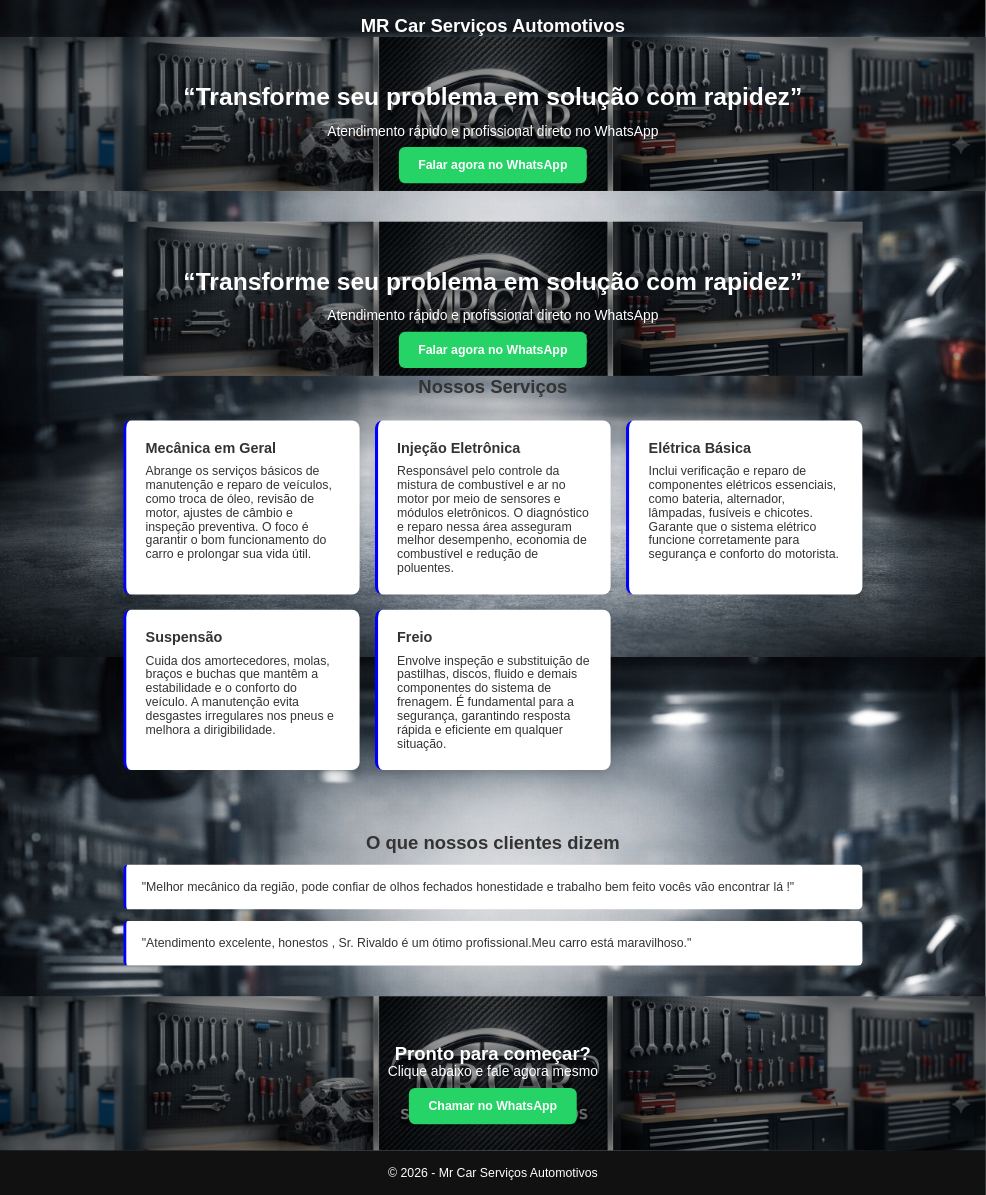
Repository: templaterj1991-Luiz/Main
Page: Template/index.html
These files come from the project's save history. The page is drawn as it stood at one moment and after the next save; the edit follows.
The browser window is 1280 px wide. The pictures show the whole page, at 77% of full size.
Backgrounds fixed to the window are drawn as part of the page.

Above is the page before, as saved 2026-06-06 13:57:29.

### Template/index.html
<!DOCTYPE html>
<html lang="pt-BR">

<head>
    <meta charset="UTF-8">
    <meta name="viewport" content="width=device-width, initial-scale=1.0">
    <title>Mr Car Serviços Automotivos</title>
    <style>
        * {
            margin: 0;
            padding: 0;
            box-sizing: border-box;
            font-family: 'Arial', sans-serif;
        }

        body {
            background-image: url(../Template/assests/image_17807634293247997762059382456069.jpeg);
            background-position: center center;
            background-repeat: no-repeat;
            background-size: cover;
            background-attachment: fixed;
            min-height: 100vh;
            color: #333;
        }

        header {
            background: transparent;
            color: #fff;
            padding: 20px 20px 0 20px;
            text-align: center;
        }

        .hero {
            padding: 60px 20px;
            height: 200px;
            text-align: center;
            background-image: url(../Template/assests/Gemini_Generated_Image_hhrxh3hhrxh3hhrx.png);
            background-position: center center;
            background-repeat: no-repeat;
            background-size: cover;
            color: white;
            box-shadow: inset 0 0 0 2000px rgba(0, 0, 0, 0.4);
        }

        .hero h1 {
            font-size: 32px;
            margin-bottom: 15px;
        }

        .hero p {
            font-size: 18px;
            margin-bottom: 25px;
        }

        .btn {
            background: #25D366;
            color: white;
            padding: 15px 25px;
            border-radius: 8px;
            text-decoration: none;
            font-weight: bold;
            transition: 0.3s;
        }

        .btn:hover {
            background: #1ebe5d;
        }

        .container {
            max-width: 1000px;
            margin: auto;
            padding: 40px 20px;
        }

        .grid {
            display: grid;
            grid-template-columns: repeat(auto-fit, minmax(250px, 1fr));
            gap: 20px;
        }

        .card {
            background: white;
            padding: 25px;
            border-radius: 10px;
            box-shadow: 0 4px 10px rgba(0, 0, 0, 0.08);
            border-left: 4px solid blue;
        }

        .card h3 {
            margin-bottom: 10px;
        }

        .testimonial {
            background: #fff;
            padding: 20px;
            border-left: 4px solid blue;
            margin-top: 15px;
            border-radius: 6px;
        }

        footer {
            text-align: center;
            padding: 20px;
            background: #111;
            color: white;

        }
    </style>
</head>

<body>
    <header>
        <h2>MR Car Serviços Automotivos</h2>
    </header>
    <section class="hero">
        <h1>“Transforme seu problema em solução com rapidez”</h1>
        <p>Atendimento rápido e profissional direto no WhatsApp</p> <a class="btn" href="https://wa.me/5521983543090"
            target="_blank"> Falar agora no WhatsApp </a>
    </section>
    <section class="container">
        <section class="hero">
        <h1>“Transforme seu problema em solução com rapidez”</h1>
        <p>Atendimento rápido e profissional direto no WhatsApp</p> <a class="btn" href="https://wa.me/5521983543090"
            target="_blank"> Falar agora no WhatsApp </a>
    </section>
        <h2 style="text-align:center; margin-bottom:30px;">Nossos Serviços</h2>
        <div class="grid">
            <div class="card">
                <h3>Mecânica em Geral</h3>
                <p>Abrange os serviços básicos de manutenção e reparo de veículos, como troca de óleo, revisão de motor,
                    ajustes de câmbio e inspeção preventiva. O foco é garantir o bom funcionamento do carro e prolongar
                    sua vida útil.</p>
            </div>
            <div class="card">
                <h3>Injeção Eletrônica </h3>
                <p>Responsável pelo controle da mistura de combustível e ar no motor por meio de sensores e módulos
                    eletrônicos. O diagnóstico e reparo nessa área asseguram melhor desempenho, economia de combustível
                    e redução de poluentes.</p>
            </div>
            <div class="card">
                <h3>Elétrica Básica</h3>
                <p>Inclui verificação e reparo de componentes elétricos essenciais, como bateria, alternador, lâmpadas,
                    fusíveis e chicotes. Garante que o sistema elétrico funcione corretamente para segurança e conforto
                    do motorista.</p>
            </div>
            <div class="card">
                <h3>Suspensão</h3>
                <p>Cuida dos amortecedores, molas, braços e buchas que mantêm a estabilidade e o conforto do veículo. A
                    manutenção evita desgastes irregulares nos pneus e melhora a dirigibilidade.</p>
            </div>
            <div class="card">
                <h3>Freio</h3>
                <p>Envolve inspeção e substituição de pastilhas, discos, fluido e demais componentes do sistema de
                    frenagem. É fundamental para a segurança, garantindo resposta rápida e eficiente em qualquer
                    situação.</p>
            </div>
        </div>
    </section>
    <section class="container">
        <h2 style="text-align:center;">O que nossos clientes dizem</h2>
        <div class="testimonial"> "Melhor mecânico da região, pode confiar de olhos fechados honestidade e trabalho bem
            feito vocês vão encontrar lá !" </div>
        <div class="testimonial"> "Atendimento excelente, honestos , Sr. Rivaldo é um ótimo profissional.Meu carro está
            maravilhoso." </div>
    </section>
    <section class="hero">
        <h2>Pronto para começar?</h2>
        <p>Clique abaixo e fale agora mesmo</p> <a class="btn" href="https://wa.me/5521983543090" target="_blank">
            Chamar no
            WhatsApp </a>
    </section>
    <footer>
        <p>© 2026 - Mr Car Serviços Automotivos</p>
    </footer>
</body>

</html>

After the next save:
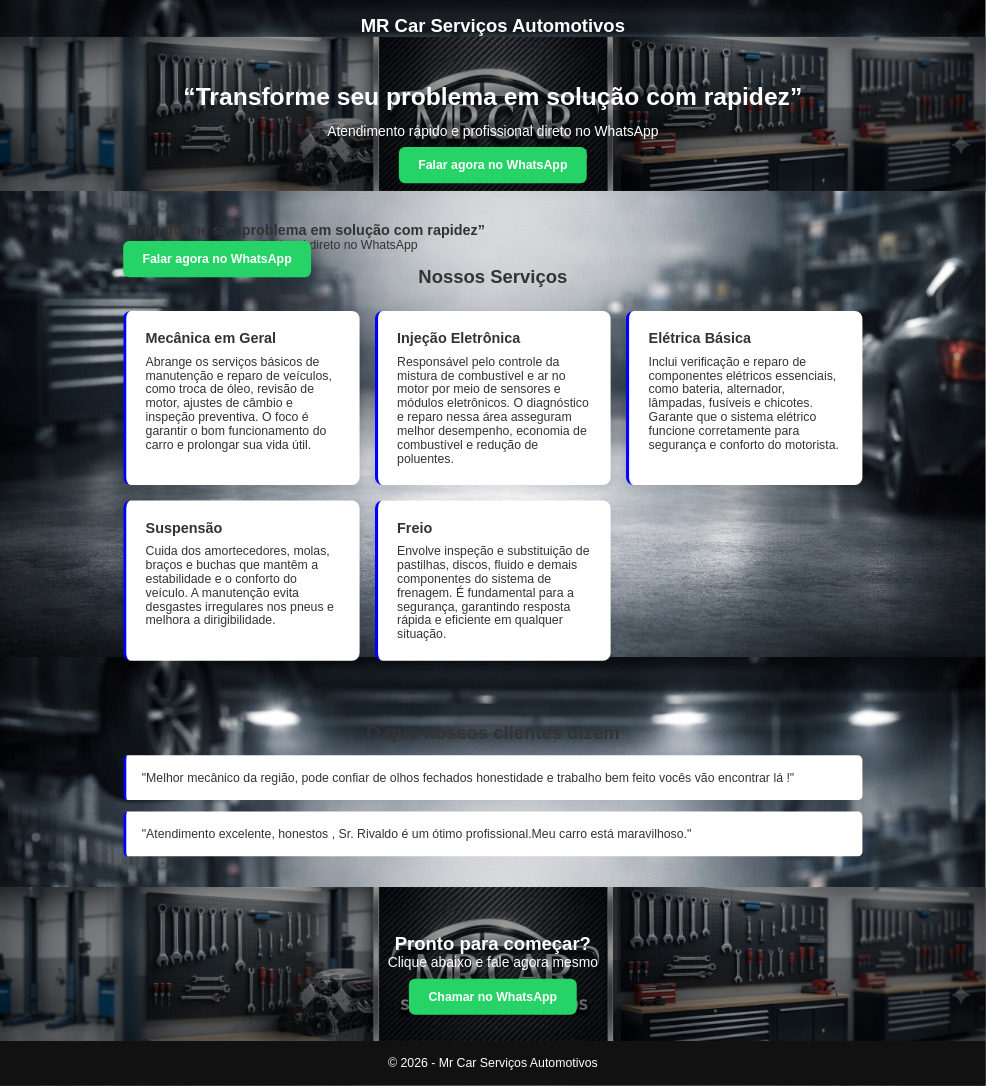
Saved 5 s later.
--- a/Template/index.html
+++ b/Template/index.html
@@ -118,7 +118,7 @@
             target="_blank"> Falar agora no WhatsApp </a>
     </section>
     <section class="container">
-        <section class="hero">
+        <section class="hero1">
         <h1>“Transforme seu problema em solução com rapidez”</h1>
         <p>Atendimento rápido e profissional direto no WhatsApp</p> <a class="btn" href="https://wa.me/5521983543090"
             target="_blank"> Falar agora no WhatsApp </a>

After the 3 saves that followed:
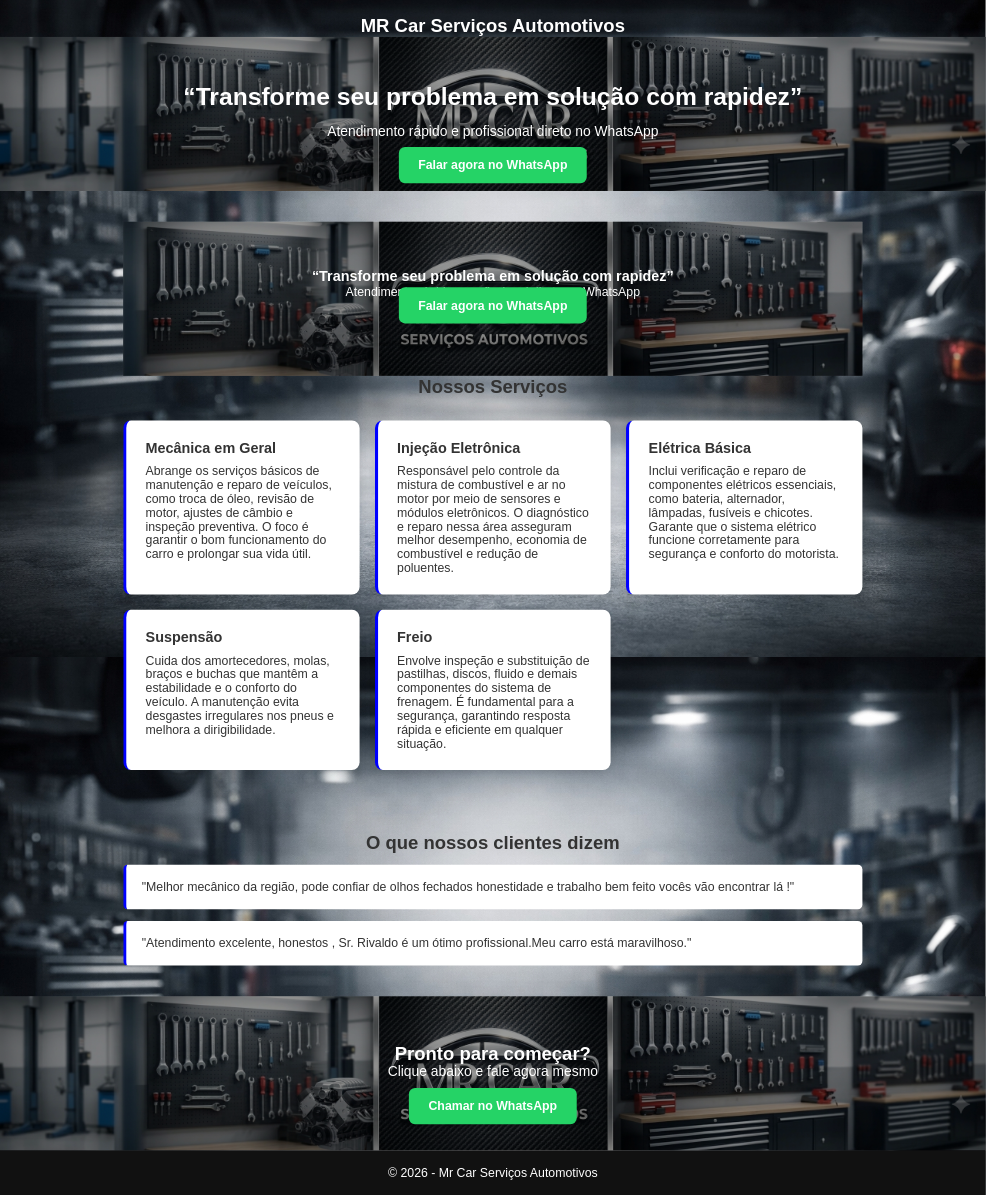
The 3 saves are shown as one change because they came seconds apart.
The last was saved 24 s later.
--- a/Template/index.html
+++ b/Template/index.html
@@ -28,6 +28,17 @@
             color: #fff;
             padding: 20px 20px 0 20px;
             text-align: center;
+        }
+        .hero1 {
+            padding: 60px 20px;
+            height: 200px;
+            text-align: center;
+            background-image: url(../Template/assests/Gemini_Generated_Image_hhrxh3hhrxh3hhrx.png);
+            background-position: center center;
+            background-repeat: no-repeat;
+            background-size: cover;
+            color: white;
+            box-shadow: inset 0 0 0 2000px rgba(0, 0, 0, 0.4);
         }
 
         .hero {
